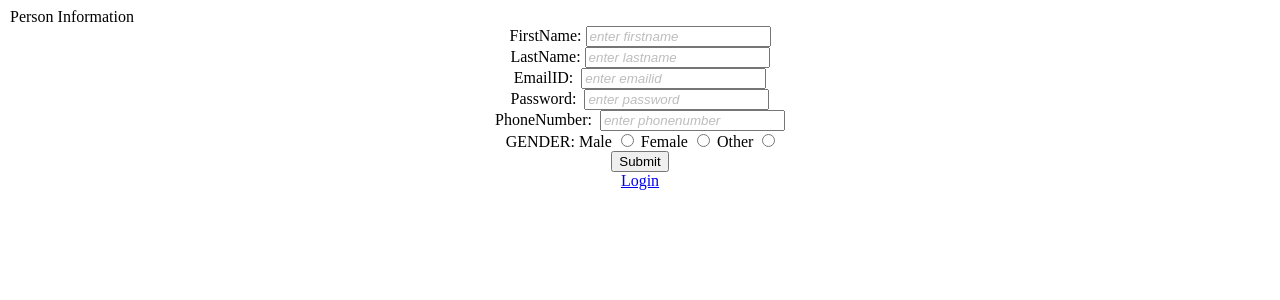
Repository: Tharungandhi/ServeltProject
Page: ServletJDBCApp/WebContent/registration.html
The author's editor kept a copy of each file at every save. The page is drawn from the files as they stood at one save, then again after the next save.
The browser window is 1280 px wide. The pictures show the whole page.

Above is the page before, as saved 2019-01-29 12:08:45.

After the next save:
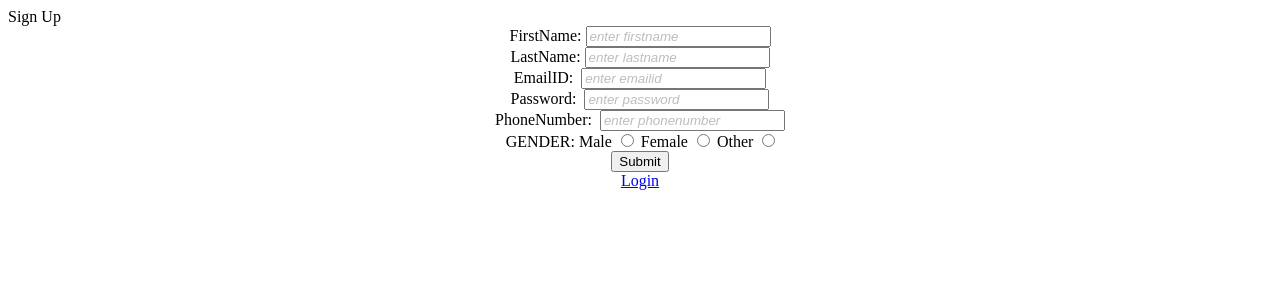
Saved 81 s later.
--- a/ServletJDBCApp/WebContent/registration.html
+++ b/ServletJDBCApp/WebContent/registration.html
@@ -254,8 +254,7 @@ animate{
 <body>
 <div class="login">
 <form action="register" method="post">
-
-<legend>Person Information</legend>
+<b></b><h>Sign Up </h></b>
 <div align="center">
 <div>
 <label>FirstName:</label>
